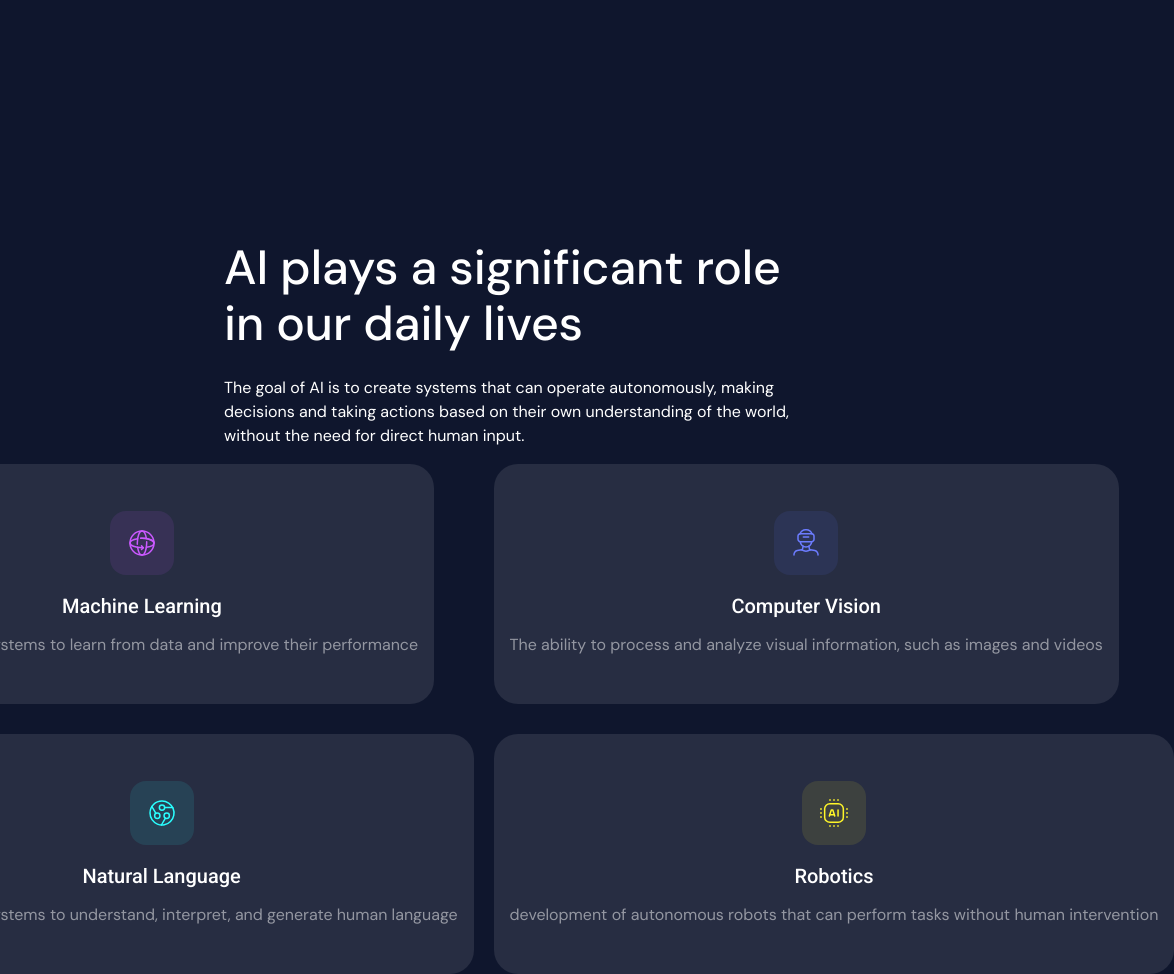
Repository: alphatra/INVO-Academy
Page: / (app in [lvl 1] Sekcja 4 obszarów AI/Starter-code/)
These files come from the project's save history. The page is drawn as it stood at one moment and after the next save; the edit follows.
The browser window is 1024 px wide. The page is 1174 px wide, so the pictures cover 1174 px, including what lies to the right of the window. The pictures show the whole page.
The project was rebuilt for these pictures with package versions that can differ from the ones it lists, and the page was loaded fresh each time.

Above is the page before, as saved 2023-02-23 23:47:40.
Console error: TypeError: Cannot read properties of null (reading 'addEventListener')

### [lvl 1] Sekcja 4 obszarów AI/Starter-code/index.html
<!DOCTYPE html>
<html lang="en">

<head>
  <meta charset="UTF-8" />
  <link rel="icon" type="image/svg+xml" href="/vite.svg" />
  <meta name="viewport" content="width=device-width, initial-scale=1.0" />
  <title>INVO Academy JS Starter with Vite</title>
</head>

<!-- In order to start your challenge, remove all the content inside <div id="home-page"></div> and start coding :) -->

<body>
  <main>
    <section class="header">
      <div class="header__text">
        <h1>AI plays a significant role in our daily lives</h1>
        <span>The goal of AI is to create systems that can operate
          autonomously, making decisions and taking actions based on
          their own understanding of the world, without the need for direct human input.</span>
      </div>
    </section>

    <section class="categories">
      <div class="categories__category">
        <div class="categories__image">
          <img src="/public/images/ML.svg" alt="Machine Learning">
        </div>
        <h4>Machine Learning</h4>
        <span>The ability of AI systems to learn from data and improve their performance</span>
      </div>
      <div class="categories__category">
        <div class="categories__image">
          <img src="/public/images/CV.svg" alt="Computer Vision">
        </div>
        <h4>Computer Vision</h4>
        <span>The ability to process and analyze visual information, such as images and videos</span>
      </div>
      <div class="categories__category">
        <div class="categories__image">
          <img src="/public/images/NL.svg" alt="Natural Language">
        </div>
        <h4>Natural Language</h4>
        <span> The ability of AI systems to understand, interpret, and generate human language</span>
      </div>
      <div class="categories__category">
        <div class="categories__image">
          <img src="/public/images/AI.svg" alt="Robotics">
        </div>
        <h4>Robotics</h4>
        <span>development of autonomous robots that can perform tasks without human intervention</span>
      </div>
    </section>
  </main>


  <script type="module" src="/src/global-scripts/main.js"></script>
  <script type="module" src="/src/pages/home-page/scripts/home-page.js"></script>
</body>

</html>

### [lvl 1] Sekcja 4 obszarów AI/Starter-code/src/pages/home-page/scripts/home-page.js
/// Homepage JavaScript File
/// Here we import all the JavaScript files we need for our homepage.

import '../styles/home-page.scss'

import { setupCounter } from '../../../global-scripts/scripts/counter/counter.js'

setupCounter(document.querySelector('#counter'))

### [lvl 1] Sekcja 4 obszarów AI/Starter-code/src/global-styles/style.scss
/// Main Styles File
/// Here we import all the global Styles files we need for our project.

@import "styles/normalize.scss";
@import "styles/root.scss";
@import "styles/fonts.scss";

body {
  font-family: 'Roboto', sans-serif;
  color: var(--color-primary);
}

p {
  color: var(--color-on-surface);
}

### [lvl 1] Sekcja 4 obszarów AI/Starter-code/src/pages/home-page/styles/home-page.scss
    /// Homepage Styles File
    /// Here we import all the Styles files we need for our Homepage.

    body {
        background-color: #0F162D;
    }

    h1,
    p,
    span {
        font-family: 'DM Sans', sans-serif;
        color: white;
    }

    main {
        display: flex;
        flex-direction: row;
        justify-content: center;
        gap: 7em;
        margin-top: 8em;
    }

    .header {
        margin-left: 9em;
    }

    .header__text {
        &>h1 {
            font-size: 48px;
            line-height: 56px;
            font-weight: 500;
            letter-spacing: -0.002em;
            margin-bottom: 24px
        }

        &>span {
            font-size: 16px;
            line-height: 24px;
            font-weight: 400;
        }

    }

    .categories {
        display: grid;
        grid-template-columns: repeat(2, 1fr);
        grid-template-rows: repeat(2, minmax(100px, auto));
        grid-column-gap: 20px;
        row-gap: 30px;
        margin-right: 9em;
        margin-top: 2em;
    }

    .categories__category {
        display: flex;
        flex-direction: column;
        justify-content: center;
        background: #272D42;
        border-radius: 24px;
        text-align: center;
        color: white;
        width: 268px;
height: 240px;

        &>h4 {
            font-size: 20px;
            line-height: 0px;
            font-weight: 500;
        }

        &>span {
            font-size: 16px;
            line-height: 24px;
            font-weight: 400;
            opacity: 0.5;
            padding-left: 16px;
            padding-right: 16px;
        }
    }

    @media screen and (min-width: 768px) and (max-width: 1024px) {
        main {
        flex-direction: column;
        align-items: center;
        margin-top: 13em;
        gap: 1em;
        }

        .header {
            margin-left: 14em;
            margin-right: 14em;
        }
        .categories {
            margin-left: 14em;
        margin-right: 14em;
        grid-template-columns: repeat(2, 1fr);
        grid-template-rows: repeat(2, minmax(100px, auto));
        margin-top: 0;
        }

        .categories__category {
            width: max-content;
        }
    }

    @media screen and (max-width: 767px) {
        main {
        margin-top: 0;
        flex-direction: column;
        gap: 0;
        }

        .header {
            margin-left: 2em;
            margin-right: 2em;
        }

        .header__text {
            &>h1 {
                font-size: 32px;
                line-height: 40px;
            }

            &>span {
                font-weight: 400;
                font-size: 16px;
            }
        }

        .categories {
            margin-left: 2em;
            margin-right: 2em;
        grid-template-columns: 1fr;
        grid-template-rows: auto;
        }

        .catergoris__category {
            margin: auto;
            padding-left: 16px;
            padding-right: 16px;
            padding-bottom: 24px;

        }
    }

### [lvl 1] Sekcja 4 obszarów AI/Starter-code/src/global-scripts/scripts/counter/counter.js
/// Sample js file for demo purposes
/// Remember to always export your functions
/// so that they can be used in other files

export function setupCounter(element) {
  let counter = 0
  const setCounter = (count) => {
    counter = count
    element.innerHTML = `script test - count is ${counter}`
  }
  element.addEventListener('click', () => setCounter(counter + 1))
  setCounter(0)
}

### [lvl 1] Sekcja 4 obszarów AI/Starter-code/src/global-styles/styles/root.scss
/// Root Styles file
/// Here we define all the root variables we need for our project.
/// For examples see Material Design color system: https://m2.material.io/design/color/the-color-system.html

:root {
    --color-primary: #5721f2;
    --color-on-surface: #000;
}

### [lvl 1] Sekcja 4 obszarów AI/Starter-code/src/global-styles/styles/fonts.scss
/// Main Fonts File
/// Here we import all the fonts files we need for our project.

@import url('https://fonts.googleapis.com/css2?family=Roboto:ital,wght@0,100;0,300;0,400;0,500;0,700;0,900;1,100;1,300;1,400;1,500;1,700;1,900&display=swap');
@import url('https://fonts.googleapis.com/css2?family=DM+Sans:wght@400;500&display=swap');

Loaded but not shown: [lvl 1] Sekcja 4 obszarów AI/Starter-code/src/global-scripts/main.js (common file); [lvl 1] Sekcja 4 obszarów AI/Starter-code/src/global-styles/styles/normalize.scss (common file)

After the next save:
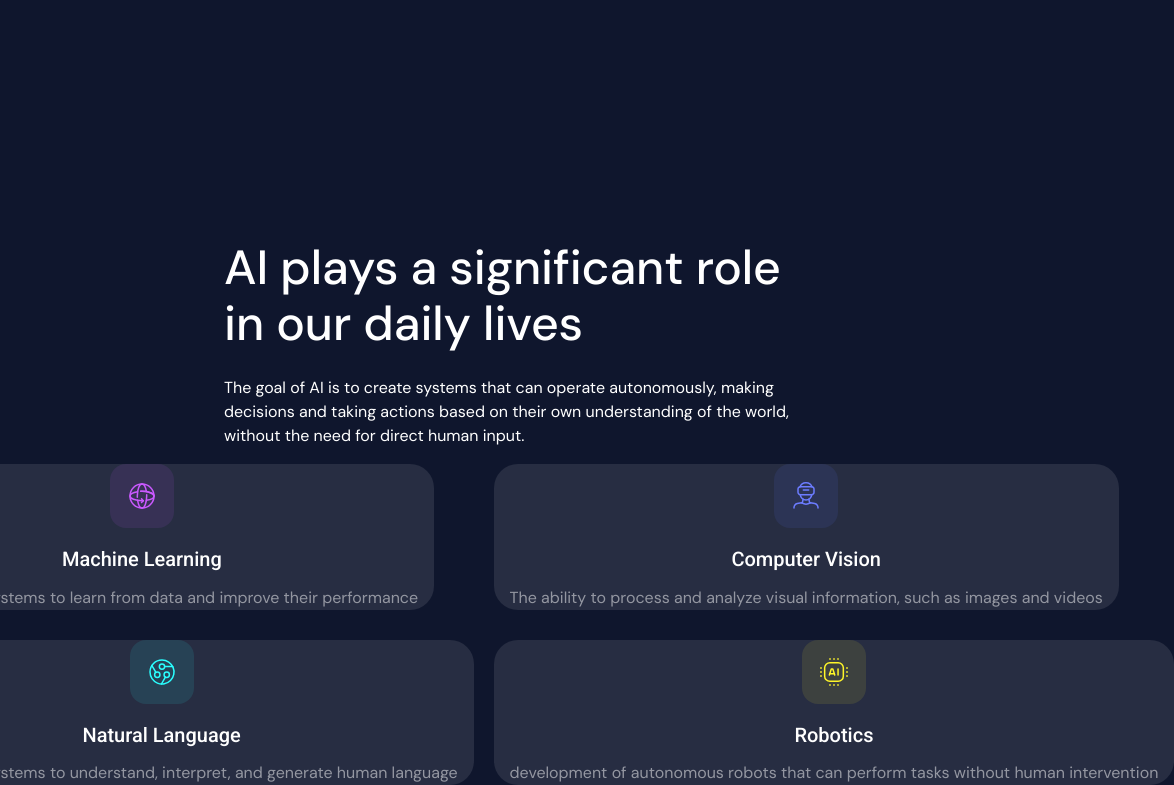
Saved 10 s later.
--- a/[lvl 1] Sekcja 4 obszarów AI/Starter-code/src/pages/home-page/styles/home-page.scss
+++ b/[lvl 1] Sekcja 4 obszarów AI/Starter-code/src/pages/home-page/styles/home-page.scss
@@ -100,6 +100,7 @@ height: 240px;
 
         .categories__category {
             width: max-content;
+            height: max-content;
         }
     }
 
